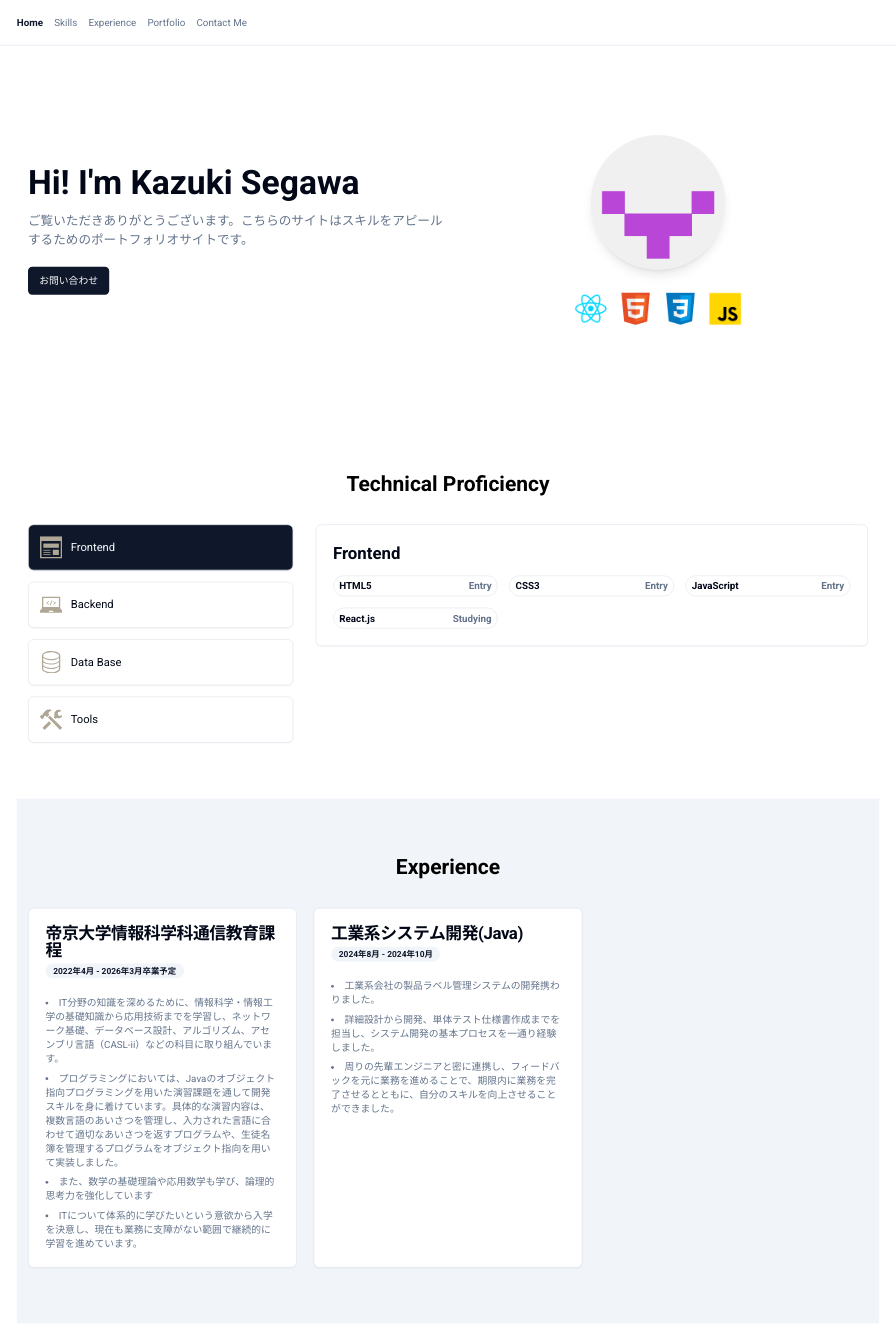
Repository: segawa74/SegawaSite
Page: /
An editor plug-in stored every save of this project. The page is shown before and after the next save, followed by the edit.
The browser window is 1280 px wide. The pictures show the part of the page from y = 0 to 1920 px (the page is 2980 px tall), at 70% of full size.
The project was rebuilt for these pictures with package versions that can differ from the ones it lists, and the page was loaded fresh each time. Also part of the build but not shown: vite.config.ts.

Above is the page before, as saved 2024-10-24 11:18:59.

### index.html
<!DOCTYPE html>
<html lang="en">
  <head>
    <meta charset="UTF-8" />
    <link rel="icon" type="image/svg+xml" href="/vite.svg" />
    <link
      href="https://fonts.googleapis.com/css2?family=Roboto:wght@400;700&family=Noto+Sans+JP:wght@400;700&display=swap"
      rel="stylesheet"
    />

    <meta name="viewport" content="width=device-width, initial-scale=1.0" />
    <title>Segawa Site</title>
  </head>
  <body>
    <div id="root"></div>
    <script type="module" src="/src/main.tsx"></script>
  </body>
</html>

### src/main.tsx
import { StrictMode } from "react";
import { createRoot } from "react-dom/client";
import App from "./App.js";
import "./index.css";
import "slick-carousel/slick/slick.css";
import "slick-carousel/slick/slick-theme.css";

const rootElement = document.getElementById("root");

if (rootElement) {
  createRoot(rootElement).render(
    <StrictMode>
      <App />
    </StrictMode>
  );
} else {
  console.error("Root element not found");
}

### src/App.tsx
import "./App.css";
import Hero from "./components/Hero/Hero";
import Navbar from "./components/Navbar/Navbar";
import Skills from "./components/Skills/Skills";
import Experience from "./components/Experience/Experience";
import Portfolio from "./components/Portfolio/Portfolio";
import ContactMe from "./components/ContactMe/ContactMe";
import Footer from "./components/Footer/Footer";

function App() {
  return (
    <>
      <Navbar />
      <div className="container">
        <Hero />
        <Skills />
        <Experience />
        <Portfolio />
        <ContactMe />
      </div>
      <Footer />
    </>
  );
}

export default App;

### src/index.css
@import url("https://fonts.googleapis.com/css2?family=Material+Symbols+Outlined");

@tailwind base;
@tailwind components;
@tailwind utilities;

* {
  font-family: Roboto, 'Noto Sans JP', sans-serif;
  margin: 0;
  box-sizing: border-box;
}

body {

  color: #000000;
  background-color: #ffffff;
}

@layer base {
  :root {
    --background: 0 0% 100%;
    --foreground: 222.2 84% 4.9%;
    --card: 0 0% 100%;
    --card-foreground: 222.2 84% 4.9%;
    --popover: 0 0% 100%;
    --popover-foreground: 222.2 84% 4.9%;
    --primary: 222.2 47.4% 11.2%;
    --primary-foreground: 210 40% 98%;
    --secondary: 210 40% 96.1%;
    --secondary-foreground: 222.2 47.4% 11.2%;
    --muted: 210 40% 96.1%;
    --muted-foreground: 215.4 16.3% 46.9%;
    --accent: 210 40% 96.1%;
    --accent-foreground: 222.2 47.4% 11.2%;
    --destructive: 0 84.2% 60.2%;
    --destructive-foreground: 210 40% 98%;
    --border: 214.3 31.8% 91.4%;
    --input: 214.3 31.8% 91.4%;
    --ring: 222.2 84% 4.9%;
    --chart-1: 12 76% 61%;
    --chart-2: 173 58% 39%;
    --chart-3: 197 37% 24%;
    --chart-4: 43 74% 66%;
    --chart-5: 27 87% 67%;
    --radius: 0.5rem;
  }

  .dark {
    --background: 222.2 84% 4.9%;
    --foreground: 210 40% 98%;
    --card: 222.2 84% 4.9%;
    --card-foreground: 210 40% 98%;
    --popover: 222.2 84% 4.9%;
    --popover-foreground: 210 40% 98%;
    --primary: 210 40% 98%;
    --primary-foreground: 222.2 47.4% 11.2%;
    --secondary: 217.2 32.6% 17.5%;
    --secondary-foreground: 210 40% 98%;
    --muted: 217.2 32.6% 17.5%;
    --muted-foreground: 215 20.2% 65.1%;
    --accent: 217.2 32.6% 17.5%;
    --accent-foreground: 210 40% 98%;
    --destructive: 0 62.8% 30.6%;
    --destructive-foreground: 210 40% 98%;
    --border: 217.2 32.6% 17.5%;
    --input: 217.2 32.6% 17.5%;
    --ring: 212.7 26.8% 83.9%;
    --chart-1: 220 70% 50%;
    --chart-2: 160 60% 45%;
    --chart-3: 30 80% 55%;
    --chart-4: 280 65% 60%;
    --chart-5: 340 75% 55%;
  }
}

@layer base {
  * {
    @apply border-border;
  }

  body {
    @apply bg-background text-foreground;
  }
}

### src/App.css
.container {
  max-width: 1300px !important;
  margin: 0 auto;
  position: relative;
}

@media (max-width: 1300px) {
  .container {
    padding: 0 1.5rem;
  }
}

@media (max-width: 1380px) {
  .container {
    padding: 0 1.5rem;
  }
}

### src/components/Hero/Hero.tsx
import { Button } from "@/components/ui/button";
import { motion } from "framer-motion";

const techIcons = [
  { src: "/assets/images/img01.png", alt: "Technology 1" },
  { src: "/assets/images/img02.png", alt: "Technology 2" },
  { src: "/assets/images/img03.png", alt: "Technology 3" },
  { src: "/assets/images/img04.png", alt: "Technology 4" },
];

const Hero: React.FC = () => {
  return (
    <section id="hero" className="py-20 md:py-32 bg-background">
      <div className="container mx-auto px-4 flex flex-col md:flex-row items-center justify-between">
        <motion.div
          initial={{ opacity: 0, y: 20 }}
          animate={{ opacity: 1, y: 0 }}
          transition={{ duration: 0.5 }}
          className="md:w-1/2 mb-10 md:mb-0"
        >
          <h1 className="text-4xl md:text-5xl font-bold mb-4 text-foreground">
            Hi! I&apos;m Kazuki Segawa
          </h1>
          <p className="text-lg mb-6 text-muted-foreground">
            ご覧いただきありがとうございます。こちらのサイトはスキルをアピールするためのポートフォリオサイトです。
          </p>
          <Button asChild>
            <a href="#contact">お問い合わせ</a>
          </Button>
        </motion.div>

        <motion.div
          initial={{ opacity: 0, scale: 0.9 }}
          animate={{ opacity: 1, scale: 1 }}
          transition={{ duration: 0.5 }}
          className="md:w-1/2 flex flex-col items-center"
        >
          <div className="relative mb-8">
            <img
              src="/assets/images/identicon.png"
              alt="Kazuki Segawa"
              className="w-48 h-48 rounded-full shadow-lg"
            />
          </div>
          <div className="grid grid-cols-4 gap-4">
            {techIcons.map((icon, index) => (
              <motion.div
                key={index}
                initial={{ opacity: 0, y: 20 }}
                animate={{ opacity: 1, y: 0 }}
                transition={{ duration: 0.5, delay: index * 0.1 }}
              >
                <img
                  src={icon.src}
                  alt={icon.alt}
                  className="w-12 h-12 object-contain"
                />
              </motion.div>
            ))}
          </div>
        </motion.div>
      </div>
    </section>
  );
};

export default Hero;

### src/components/Skills/Skills.tsx
"use client";

import { useState } from "react";
import { motion } from "framer-motion";
import { Card, CardContent } from "@/components/ui/card";
import { Badge } from "@/components/ui/badge";
import { SKILLS } from "../../utils/data";

interface Skill {
  title: string;
  icon: string;
  skills: {
    skill: string;
    skillLevel: string;
  }[];
}

const Skills: React.FC = () => {
  const [selectedSkill, setSelectedSkill] = useState<Skill>(SKILLS[0]);

  return (
    <section id="skills" className="py-20 bg-background">
      <div className="container mx-auto px-4">
        <h2 className="text-3xl font-bold text-center mb-10">
          Technical Proficiency
        </h2>
        <div className="grid md:grid-cols-3 gap-8">
          <div className="md:col-span-1">
            <div className="grid grid-cols-2 md:grid-cols-1 gap-4">
              {SKILLS.map((item) => (
                <SkillCard
                  key={item.title}
                  skill={item}
                  isActive={selectedSkill.title === item.title}
                  onClick={() => setSelectedSkill(item)}
                />
              ))}
            </div>
          </div>
          <div className="md:col-span-2">
            <SkillsInfoCard skill={selectedSkill} />
          </div>
        </div>
      </div>
    </section>
  );
};

function SkillCard({
  skill,
  isActive,
  onClick,
}: {
  skill: Skill;
  isActive: boolean;
  onClick: () => void;
}) {
  return (
    <Card
      className={`cursor-pointer transition-all ${
        isActive ? "bg-primary text-primary-foreground" : "hover:bg-muted"
      }`}
      onClick={onClick}
    >
      <CardContent className="flex items-center p-4">
        <img src={skill.icon} alt={skill.title} className="w-8 h-8 mr-3" />
        <span className="font-medium">{skill.title}</span>
      </CardContent>
    </Card>
  );
}

function SkillsInfoCard({ skill }: { skill: Skill }) {
  return (
    <Card>
      <CardContent className="p-6">
        <h3 className="text-2xl font-bold mb-4">{skill.title}</h3>
        <div className="grid grid-cols-2 md:grid-cols-3 gap-4">
          {skill.skills.map((item, index) => (
            <motion.div
              key={item.skill}
              initial={{ opacity: 0, y: 20 }}
              animate={{ opacity: 1, y: 0 }}
              transition={{ duration: 0.3, delay: index * 0.1 }}
            >
              <Badge
                variant="outline"
                className="text-sm py-1 px-2 w-full justify-between"
              >
                <span>{item.skill}</span>
                <span className="text-muted-foreground">{item.skillLevel}</span>
              </Badge>
            </motion.div>
          ))}
        </div>
      </CardContent>
    </Card>
  );
}

export default Skills;

### src/components/Experience/Experience.tsx
import { EXPERIENCE } from "../../utils/data";
import ExperienceCard from "./ExperienceCard/ExperienceCard";

const Experience: React.FC = () => {
  return (
    <section id="exp" className="py-20 bg-muted">
      <div className="container mx-auto px-4">
        <h2 className="text-3xl font-bold text-center mb-10">Experience</h2>
        <div className="grid gap-6 md:grid-cols-2 lg:grid-cols-3">
          {EXPERIENCE.map((item, index) => (
            <ExperienceCard key={index} details={item} />
          ))}
        </div>
      </div>
    </section>
  );
};

export default Experience;

### src/components/ContactMe/ContactMe.tsx
import React from "react";
import { Mail, Github } from "lucide-react";
import ContactInfoCard from "./ContactInfoCard/ContactInfoCard";

const ContactMe: React.FC = () => {
  return (
    <section id="contact-me" className="py-20 bg-muted">
      <div className="container mx-auto px-4">
        <h2 className="text-3xl font-bold text-center mb-10">Contact Me</h2>
        <div className="grid gap-6 md:grid-cols-2 max-w-2xl mx-auto">
          <ContactInfoCard
            icon={<Mail className="w-6 h-6" />}
            text="segawa74dev@gmail.com"
            href="mailto:segawa74dev@gmail.com"
          />
          <ContactInfoCard
            icon={<Github className="w-6 h-6" />}
            text="github.com/segawa74"
            href="https://github.com/segawa74"
          />
        </div>
      </div>
    </section>
  );
};

export default ContactMe;

### src/components/Footer/Footer.tsx
import { Separator } from "@/components/ui/separator";

const Footer: React.FC = () => {
  return (
    <footer className="bg-white text-gray-600">
      <Separator className="mb-6" />
      <div className="container mx-auto px-4 py-8">
        <div className="flex justify-center items-center h-16">
          <p className="text-sm">
            &copy; 2024 Your Company Name. All rights reserved.
          </p>
        </div>
      </div>
    </footer>
  );
};

export default Footer;

### src/components/ui/button.tsx
import * as React from "react"
import { Slot } from "@radix-ui/react-slot"
import { cva, type VariantProps } from "class-variance-authority"

import { cn } from "@/lib/utils"

const buttonVariants = cva(
  "inline-flex items-center justify-center gap-2 whitespace-nowrap rounded-md text-sm font-medium ring-offset-background transition-colors focus-visible:outline-none focus-visible:ring-2 focus-visible:ring-ring focus-visible:ring-offset-2 disabled:pointer-events-none disabled:opacity-50 [&_svg]:pointer-events-none [&_svg]:size-4 [&_svg]:shrink-0",
  {
    variants: {
      variant: {
        default: "bg-primary text-primary-foreground hover:bg-primary/90",
        destructive:
          "bg-destructive text-destructive-foreground hover:bg-destructive/90",
        outline:
          "border border-input bg-background hover:bg-accent hover:text-accent-foreground",
        secondary:
          "bg-secondary text-secondary-foreground hover:bg-secondary/80",
        ghost: "hover:bg-accent hover:text-accent-foreground",
        link: "text-primary underline-offset-4 hover:underline",
      },
      size: {
        default: "h-10 px-4 py-2",
        sm: "h-9 rounded-md px-3",
        lg: "h-11 rounded-md px-8",
        icon: "h-10 w-10",
      },
    },
    defaultVariants: {
      variant: "default",
      size: "default",
    },
  }
)

export interface ButtonProps
  extends React.ButtonHTMLAttributes<HTMLButtonElement>,
    VariantProps<typeof buttonVariants> {
  asChild?: boolean
}

const Button = React.forwardRef<HTMLButtonElement, ButtonProps>(
  ({ className, variant, size, asChild = false, ...props }, ref) => {
    const Comp = asChild ? Slot : "button"
    return (
      <Comp
        className={cn(buttonVariants({ variant, size, className }))}
        ref={ref}
        {...props}
      />
    )
  }
)
Button.displayName = "Button"

export { Button, buttonVariants }

### src/components/ui/card.tsx
import * as React from "react"

import { cn } from "@/lib/utils"

const Card = React.forwardRef<
  HTMLDivElement,
  React.HTMLAttributes<HTMLDivElement>
>(({ className, ...props }, ref) => (
  <div
    ref={ref}
    className={cn(
      "rounded-lg border bg-card text-card-foreground shadow-sm",
      className
    )}
    {...props}
  />
))
Card.displayName = "Card"

const CardHeader = React.forwardRef<
  HTMLDivElement,
  React.HTMLAttributes<HTMLDivElement>
>(({ className, ...props }, ref) => (
  <div
    ref={ref}
    className={cn("flex flex-col space-y-1.5 p-6", className)}
    {...props}
  />
))
CardHeader.displayName = "CardHeader"

const CardTitle = React.forwardRef<
  HTMLParagraphElement,
  React.HTMLAttributes<HTMLHeadingElement>
>(({ className, ...props }, ref) => (
  <h3
    ref={ref}
    className={cn(
      "text-2xl font-semibold leading-none tracking-tight",
      className
    )}
    {...props}
  />
))
CardTitle.displayName = "CardTitle"

const CardDescription = React.forwardRef<
  HTMLParagraphElement,
  React.HTMLAttributes<HTMLParagraphElement>
>(({ className, ...props }, ref) => (
  <p
    ref={ref}
    className={cn("text-sm text-muted-foreground", className)}
    {...props}
  />
))
CardDescription.displayName = "CardDescription"

const CardContent = React.forwardRef<
  HTMLDivElement,
  React.HTMLAttributes<HTMLDivElement>
>(({ className, ...props }, ref) => (
  <div ref={ref} className={cn("p-6 pt-0", className)} {...props} />
))
CardContent.displayName = "CardContent"

const CardFooter = React.forwardRef<
  HTMLDivElement,
  React.HTMLAttributes<HTMLDivElement>
>(({ className, ...props }, ref) => (
  <div
    ref={ref}
    className={cn("flex items-center p-6 pt-0", className)}
    {...props}
  />
))
CardFooter.displayName = "CardFooter"

export { Card, CardHeader, CardFooter, CardTitle, CardDescription, CardContent }

### src/components/ui/badge.tsx
import * as React from "react"
import { cva, type VariantProps } from "class-variance-authority"

import { cn } from "@/lib/utils"

const badgeVariants = cva(
  "inline-flex items-center rounded-full border px-2.5 py-0.5 text-xs font-semibold transition-colors focus:outline-none focus:ring-2 focus:ring-ring focus:ring-offset-2",
  {
    variants: {
      variant: {
        default:
          "border-transparent bg-primary text-primary-foreground hover:bg-primary/80",
        secondary:
          "border-transparent bg-secondary text-secondary-foreground hover:bg-secondary/80",
        destructive:
          "border-transparent bg-destructive text-destructive-foreground hover:bg-destructive/80",
        outline: "text-foreground",
      },
    },
    defaultVariants: {
      variant: "default",
    },
  }
)

export interface BadgeProps
  extends React.HTMLAttributes<HTMLDivElement>,
    VariantProps<typeof badgeVariants> {}

function Badge({ className, variant, ...props }: BadgeProps) {
  return (
    <div className={cn(badgeVariants({ variant }), className)} {...props} />
  )
}

export { Badge, badgeVariants }

### src/components/Experience/ExperienceCard/ExperienceCard.tsx
import { Card, CardContent, CardHeader, CardTitle } from "@/components/ui/card";
import { Badge } from "@/components/ui/badge";

interface ExperienceDetails {
  title: string;
  date: string;
  responsibilities: string[];
}

const ExperienceCard: React.FC<{ details: ExperienceDetails }> = ({
  details,
}) => {
  return (
    <Card className="h-full">
      <CardHeader>
        <CardTitle>{details.title}</CardTitle>
        <Badge variant="secondary" className="w-fit">
          {details.date}
        </Badge>
      </CardHeader>
      <CardContent>
        <ul className="list-disc list-inside space-y-2">
          {details.responsibilities.map((item, index) => (
            <li key={index} className="text-sm text-muted-foreground">
              {item}
            </li>
          ))}
        </ul>
      </CardContent>
    </Card>
  );
};

export default ExperienceCard;

### src/components/ContactMe/ContactInfoCard/ContactInfoCard.tsx
import React from "react";
import { Card, CardContent } from "@/components/ui/card";

interface ContactInfoCardProps {
  icon: React.ReactNode;
  text: string;
  href: string;
}

const ContactInfoCard: React.FC<ContactInfoCardProps> = ({
  icon,
  text,
  href,
}) => {
  return (
    <Card>
      <CardContent className="flex items-center p-6">
        <div className="mr-4 text-primary">{icon}</div>
        <a
          href={href}
          target="_blank"
          rel="noopener noreferrer"
          className="text-sm hover:underline"
        >
          {text}
        </a>
      </CardContent>
    </Card>
  );
};

export default ContactInfoCard;

### src/components/ui/separator.tsx
import * as React from "react"
import * as SeparatorPrimitive from "@radix-ui/react-separator"

import { cn } from "@/lib/utils"

const Separator = React.forwardRef<
  React.ElementRef<typeof SeparatorPrimitive.Root>,
  React.ComponentPropsWithoutRef<typeof SeparatorPrimitive.Root>
>(
  (
    { className, orientation = "horizontal", decorative = true, ...props },
    ref
  ) => (
    <SeparatorPrimitive.Root
      ref={ref}
      decorative={decorative}
      orientation={orientation}
      className={cn(
        "shrink-0 bg-border",
        orientation === "horizontal" ? "h-[1px] w-full" : "h-full w-[1px]",
        className
      )}
      {...props}
    />
  )
)
Separator.displayName = SeparatorPrimitive.Root.displayName

export { Separator }

Loaded but not shown: src/lib/utils.ts (common file); tailwind.config.js (57 lines, source omitted); src/components/ui/sheet.tsx (138 lines, source omitted); src/utils/data.ts (101 lines, source omitted); src/components/Portfolio/Portfolio.tsx (99 lines, source omitted); src/components/Navbar/Navbar.tsx (84 lines, source omitted)

After the next save:
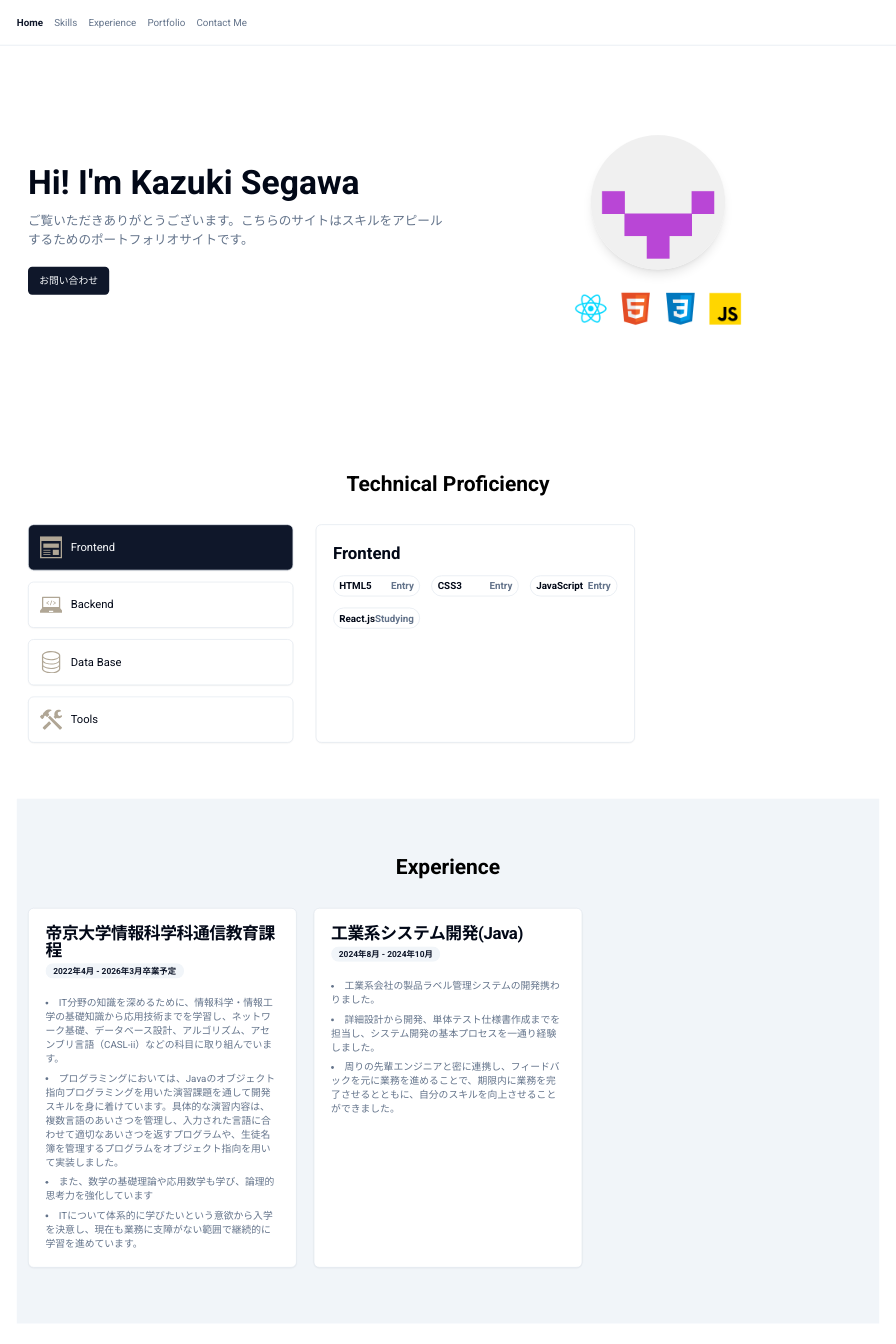
Saved 27 s later.
--- a/src/components/Skills/Skills.tsx
+++ b/src/components/Skills/Skills.tsx
@@ -37,7 +37,7 @@
               ))}
             </div>
           </div>
-          <div className="md:col-span-2">
+          <div className="flex md:col-span-2">
             <SkillsInfoCard skill={selectedSkill} />
           </div>
         </div>

After the save that followed:
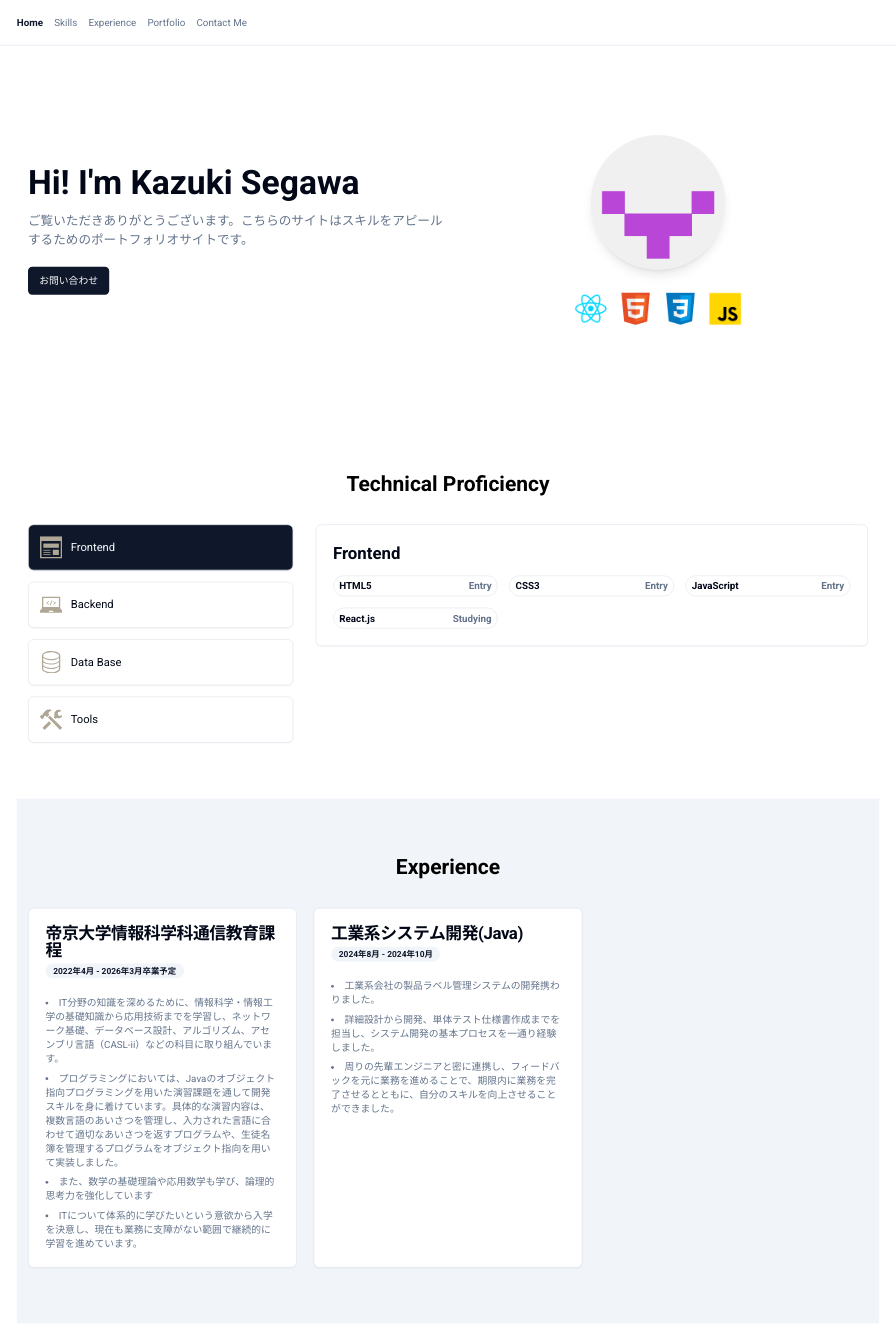
Saved 18 s later.
--- a/src/components/Skills/Skills.tsx
+++ b/src/components/Skills/Skills.tsx
@@ -37,7 +37,7 @@
               ))}
             </div>
           </div>
-          <div className="flex md:col-span-2">
+          <div className="md:col-span-2">
             <SkillsInfoCard skill={selectedSkill} />
           </div>
         </div>
